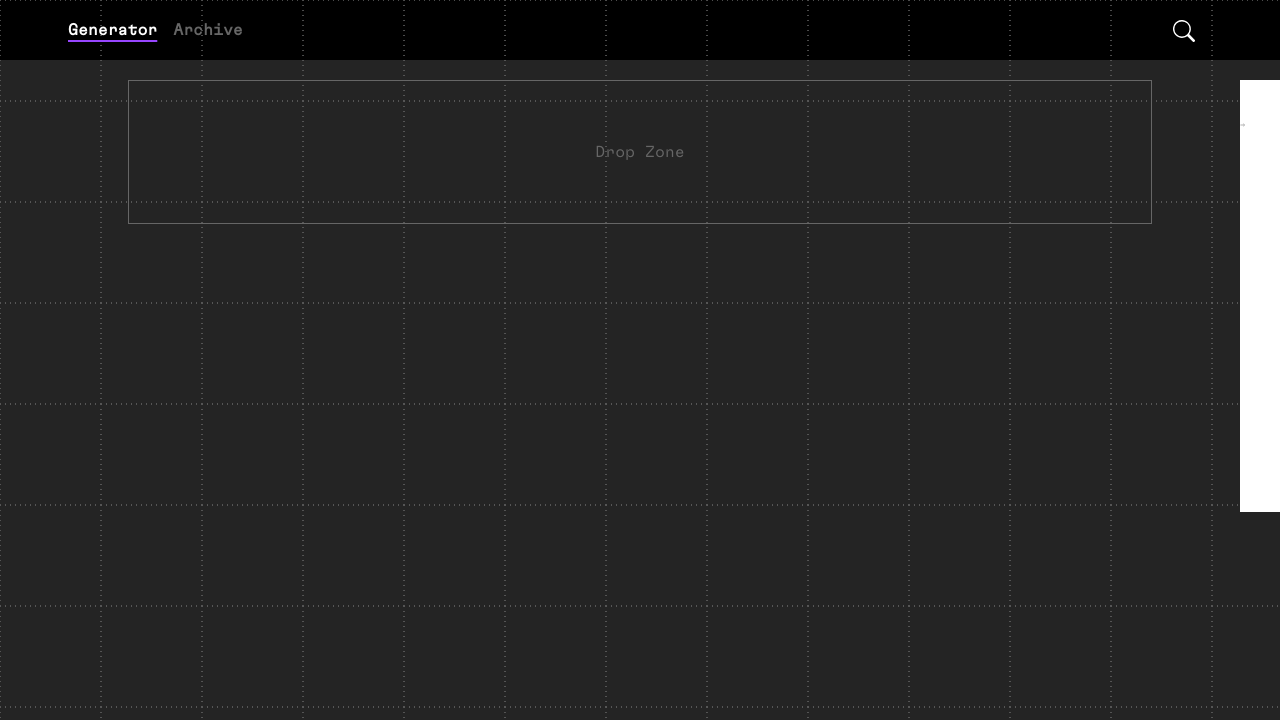
Repository: CastleBelll/project2
Page: / (app in job_app/)
An editor plug-in stored every save of this project. The page is shown before and after the next save, followed by the edit.
The browser window is 1280 px wide. The pictures show the whole page.
The project was rebuilt for these pictures with package versions that can differ from the ones it lists, and the page was loaded fresh each time. Also part of the build but not shown: job_app/src/Archive/ArchiveMain.css, job_app/src/Archive/ArchiveMain.js, job_app/src/Archive/ArchiveLeft.css, job_app/src/Archive/ArchiveLeft.js, job_app/src/Archive/ArchiveHeader.css, job_app/src/Archive/ArchiveHeader.js, job_app/src/Archive/Archive.js.

Above is the page before, as saved 2024-12-14 10:46:31.

After the next save:
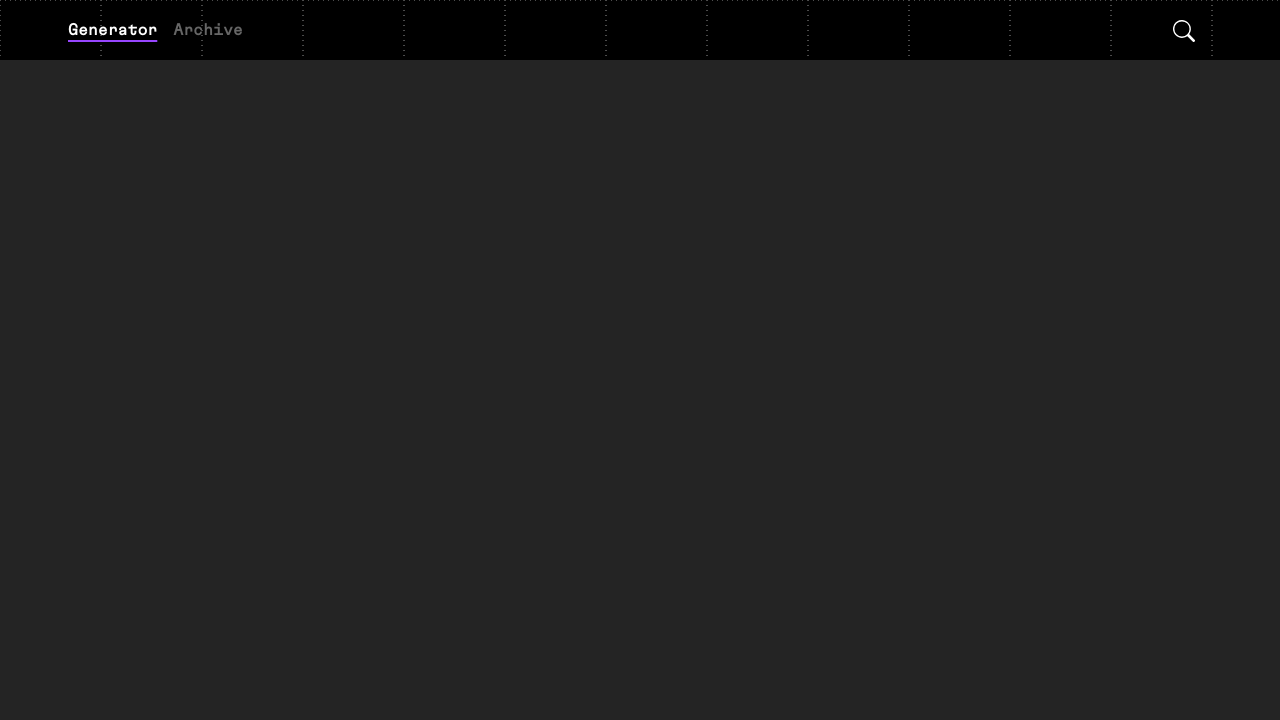
Saved 108 s later.
--- a/job_app/src/Generator/Generator.js
+++ b/job_app/src/Generator/Generator.js
@@ -183,7 +183,7 @@
             textElementsRef.current.push({ body: newRectangle, clicked: false });
           }
         }
-      },);
+      }, 50);
     };
     container.addEventListener("mousemove", handleMouseMove);
 
@@ -322,51 +322,25 @@
     return randomItem ? [randomItem] : [];
   };
 
+  // 우측 화살표 아이콘 클릭 시 배열 초기화 및 원상 복구
+  const handleArrowClick = () => {
+    setClickedTexts([]); // 클릭된 텍스트 배열 초기화
+
+    // 클릭된 텍스트 사각형 원상 복구
+    textElementsRef.current.forEach(({ body }) => {
+      body.render.fillStyle = "#242424";
+      body.render.strokeStyle = "#ffffff";
+    });
+
+    setIsOpen(false); // generator-arial 닫기
+  };
 
   return (
-    <>
-      <div className="Generator" ref={containerRef}></div>
-      <div className={`event-arial ${isOpen ? "shrink" : ""}`}>
-        Drop Zone
+    <div className="generator-container" ref={containerRef}>
+      <div className="generator-arial" style={{ display: isOpen ? "block" : "none" }}>
+        <button onClick={handleArrowClick}><BsArrowRight size={30} /></button>
       </div>
-      <div
-        className={`generator-arial ${isOpen ? "open" : "not-open"}`}
-        onClick={toggleOpen}
-      >
-        <div className="main-container">
-        <div className="left-container d-flex justify-content-center align-items-center">
-      <BsArrowRight style={{ fontSize: '24px', color: '#666' }} />
     </div>
-        <div className="content-container">
-          <div className="image-container">
-            {getClickedData().map((item, index) => (
-              <img key={index} src={`/images/${item.image}`} alt={item.title} />
-            ))}
-          </div>
-          <div className="text-container">
-  {getClickedData().map((item, index) => (
-    <div key={index} className="text-item">
-      <div className="title-container">
-        <div className="title">{item.title}</div>
-      </div>
-      <div className="category-container">
-  {Object.values(item.category)
-    .flat()
-    .filter(category => category.trim() !== "") // 공백인 항목은 제외
-    .map((category, index) => (
-      <div key={index} className="category-item">{category}</div>
-    ))}
-</div>
-    </div>
-  ))}
-</div>
-        </div>
-        <div className="right-container">
-
-        </div>
-        </div>
-      </div>
-    </>
   );
 };
 

After the save that followed:
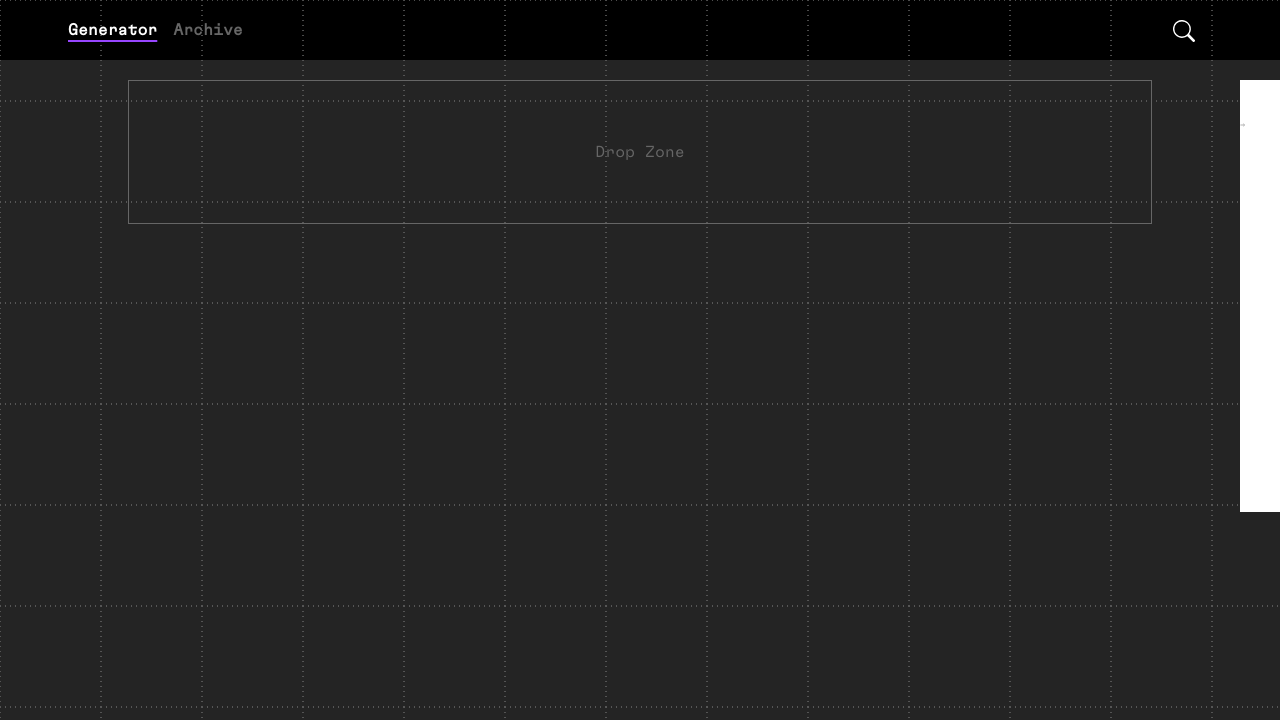
Saved 44 s later.
--- a/job_app/src/Generator/Generator.js
+++ b/job_app/src/Generator/Generator.js
@@ -183,7 +183,7 @@
             textElementsRef.current.push({ body: newRectangle, clicked: false });
           }
         }
-      }, 50);
+      },);
     };
     container.addEventListener("mousemove", handleMouseMove);
 
@@ -322,25 +322,51 @@
     return randomItem ? [randomItem] : [];
   };
 
-  // 우측 화살표 아이콘 클릭 시 배열 초기화 및 원상 복구
-  const handleArrowClick = () => {
-    setClickedTexts([]); // 클릭된 텍스트 배열 초기화
-
-    // 클릭된 텍스트 사각형 원상 복구
-    textElementsRef.current.forEach(({ body }) => {
-      body.render.fillStyle = "#242424";
-      body.render.strokeStyle = "#ffffff";
-    });
-
-    setIsOpen(false); // generator-arial 닫기
-  };
 
   return (
-    <div className="generator-container" ref={containerRef}>
-      <div className="generator-arial" style={{ display: isOpen ? "block" : "none" }}>
-        <button onClick={handleArrowClick}><BsArrowRight size={30} /></button>
+    <>
+      <div className="Generator" ref={containerRef}></div>
+      <div className={`event-arial ${isOpen ? "shrink" : ""}`}>
+        Drop Zone
       </div>
+      <div
+        className={`generator-arial ${isOpen ? "open" : "not-open"}`}
+        onClick={toggleOpen}
+      >
+        <div className="main-container">
+    <div className="left-container d-flex justify-content-center align-items-center">
+      <BsArrowRight style={{ fontSize: '24px', color: '#666' }} />
     </div>
+        <div className="content-container">
+          <div className="image-container">
+            {getClickedData().map((item, index) => (
+              <img key={index} src={`/images/${item.image}`} alt={item.title} />
+            ))}
+          </div>
+          <div className="text-container">
+  {getClickedData().map((item, index) => (
+    <div key={index} className="text-item">
+      <div className="title-container">
+        <div className="title">{item.title}</div>
+      </div>
+      <div className="category-container">
+  {Object.values(item.category)
+    .flat()
+    .filter(category => category.trim() !== "") // 공백인 항목은 제외
+    .map((category, index) => (
+      <div key={index} className="category-item">{category}</div>
+    ))}
+</div>
+    </div>
+  ))}
+</div>
+        </div>
+        <div className="right-container">
+
+        </div>
+        </div>
+      </div>
+    </>
   );
 };
 
